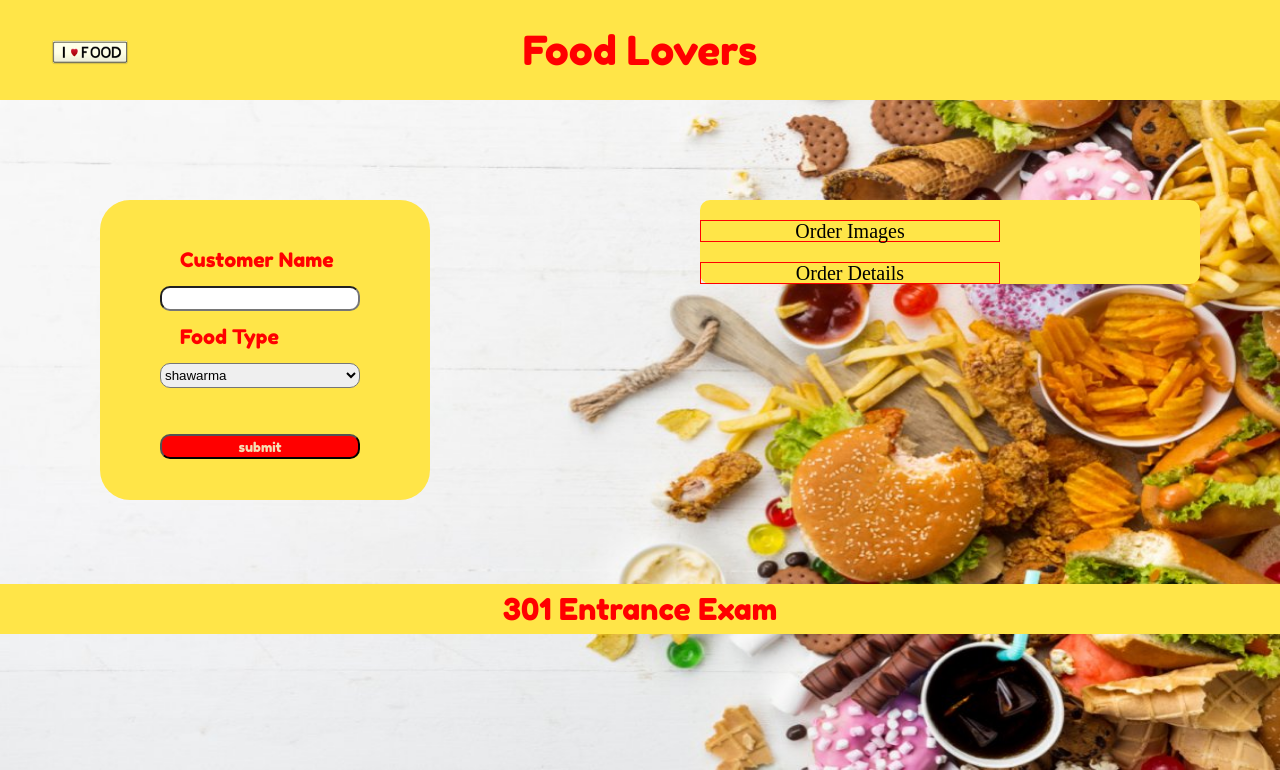
Repository: Razan-am/foodLovers
Page: index.html
The author's editor kept a copy of each file at every save. The page is drawn from the files as they stood at one save, then again after the next save.
The browser window is 1280 px wide. The pictures show the whole page.

Above is the page before, as saved 2021-06-01 11:41:09.

After the next save:
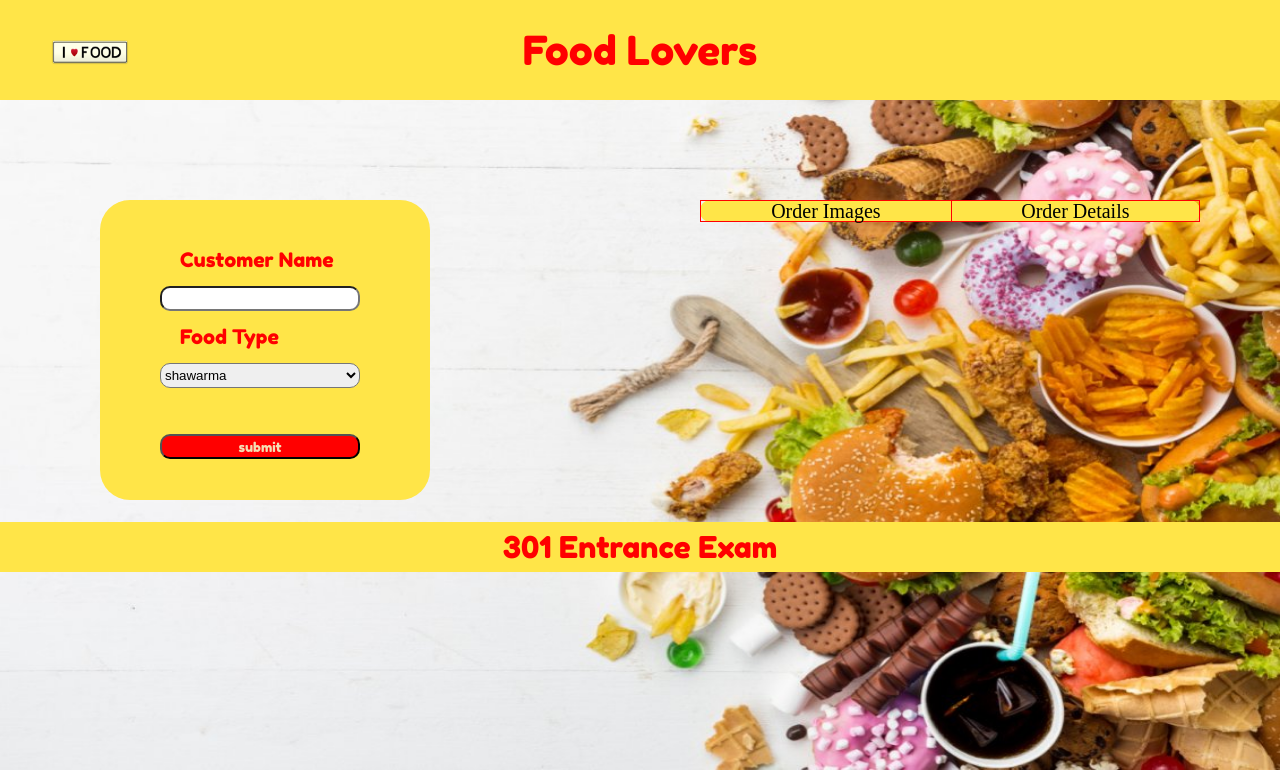
Saved 8 s later.
--- a/css/style.css
+++ b/css/style.css
@@ -77,13 +77,13 @@ table{
 
 }
 table th{
-    display: inline-block;
+
     margin-top: 20px;
-    /* margin-left: 30px; */
+    margin-left: 30px;
     border: 1px solid red;
     font-size: 20px;
     text-align: center;
-    width: 300px;
+
 
 }
 table td{
